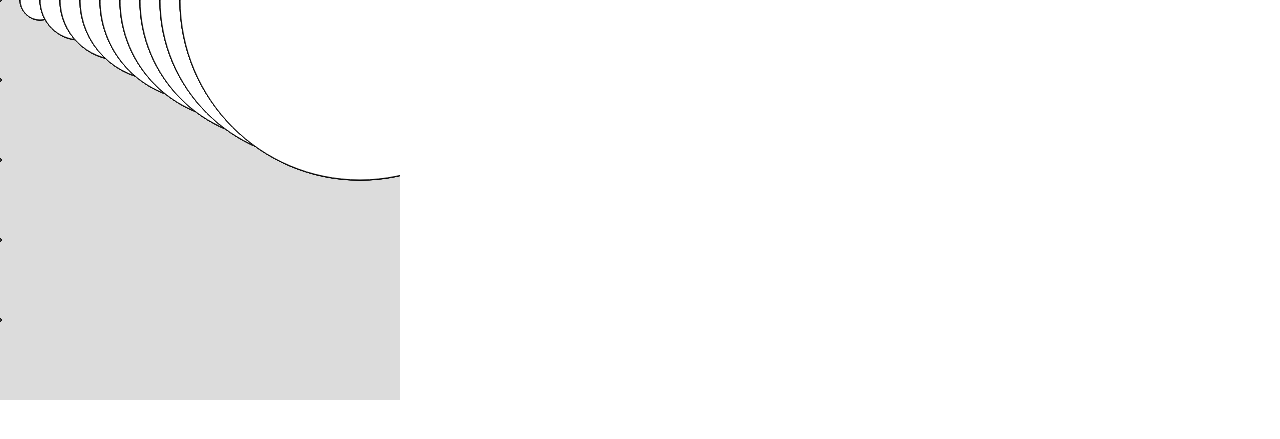
Repository: patriciqa/GenComp
Page: content/day02/pattern/index.html
An editor plug-in stored every save of this project. The page is shown before and after the next save, followed by the edit.
The browser window is 1280 px wide. The pictures show the whole page.

Above is the page before, as saved 2021-09-30 10:44:22.

### content/day02/pattern/sketch.js
function setup() {
	createCanvas(400, 400);
}

function draw() {
	background(220);
	//For (var BEGIN; END; INTERVAL){
	//DO SOMETHING }
	for (var x = 0; x < width; x += width / 10) {
		for (var y = 0; y < height; y += height / 5) {
			stroke(0);
			strokeWeight(1);
			circle(x, 0, x, 2);
			circle(0, y, 2, y);
		}
	}
}

Loaded but not shown: content/day02/pattern/index.html (common file); content/day02/pattern/style.css (common file); content/day02/pattern/libraries/p5.min.js (library); content/day02/pattern/libraries/p5.sound.min.js (library)

After the next save:
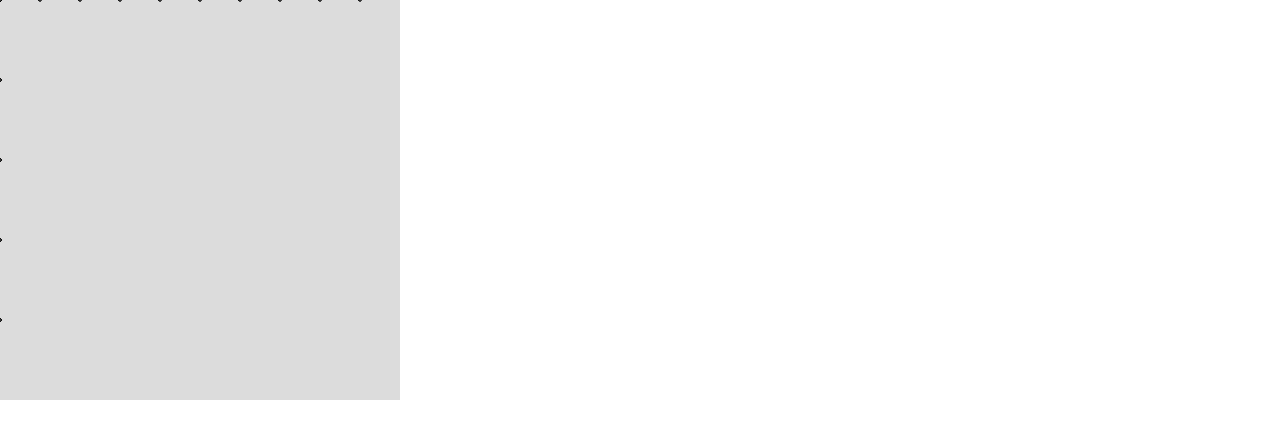
Saved 12 s later.
--- a/content/day02/pattern/sketch.js
+++ b/content/day02/pattern/sketch.js
@@ -10,8 +10,8 @@ function draw() {
 		for (var y = 0; y < height; y += height / 5) {
 			stroke(0);
 			strokeWeight(1);
-			circle(x, 0, x, 2);
-			circle(0, y, 2, y);
+			circle(x, 0, 2, 2);
+			circle(0, y, 2, 2);
 		}
 	}
 }
